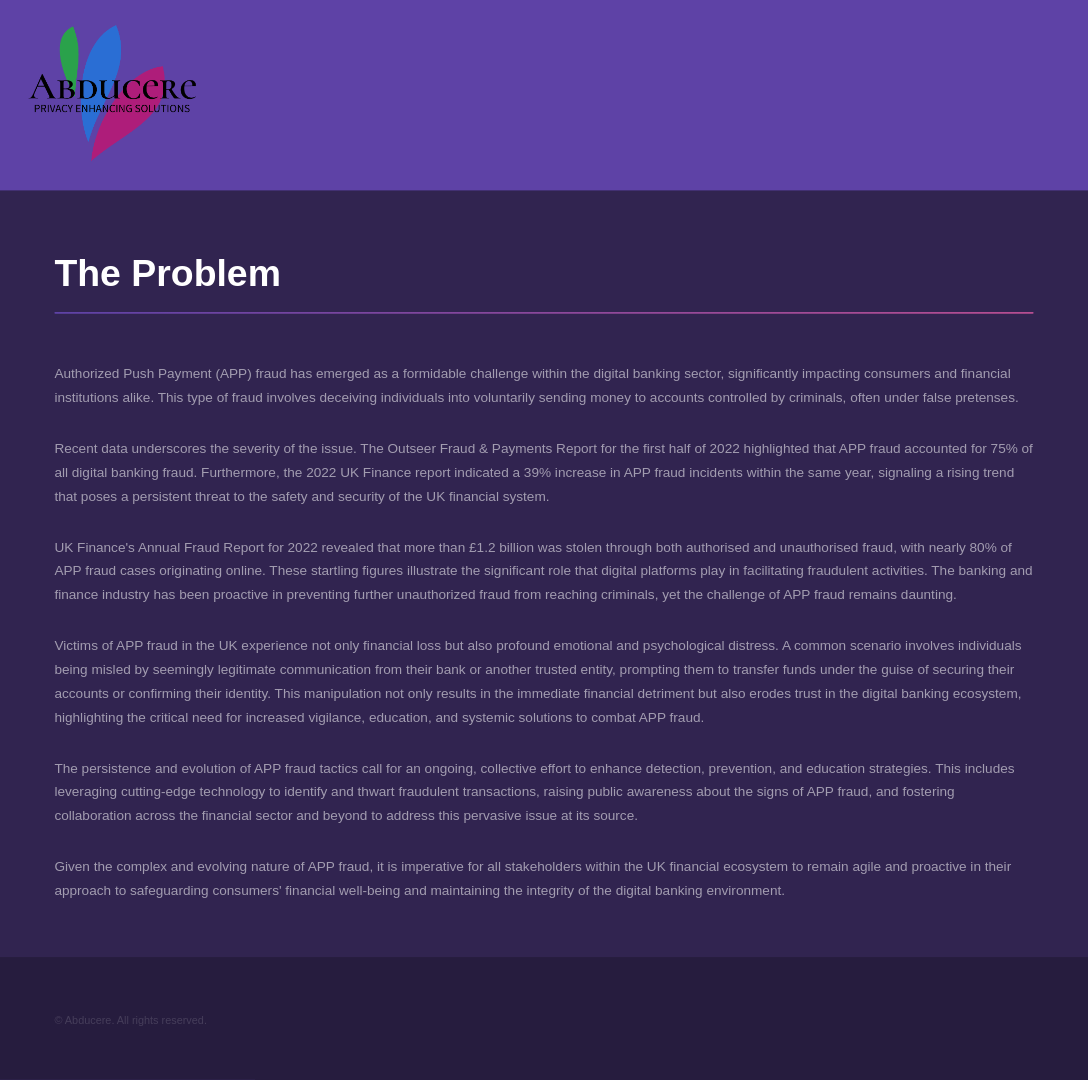
Repository: nocnoc94/nocnoc94.github.io
Page: the-problem.html
These files come from the project's save history. The page is drawn as it stood at one moment and after the next save; the edit follows.
The browser window is 1280 px wide. The pictures show the whole page, at 85% of full size.

Above is the page before, as saved 2024-03-18 17:16:16.

### the-problem.html
<!DOCTYPE HTML>
<html>

<head>
	<title>Abducere - The Problem</title>
	<meta charset="utf-8" />
	<meta name="viewport" content="width=device-width, initial-scale=1, user-scalable=no" />
	<link rel="icon" href="/static/images/favicon.ico" type="image/x-icon">
	<link rel="stylesheet" href="/static/css/main.css" />
	<noscript>
		<link rel="stylesheet" href="/static/css/noscript.css" />
	</noscript>
</head>

<body class="is-preload">

	<!-- Header -->
	<header id="header">
		<!-- <a href="index.html" class="title">Abducere</a> -->
		<a id="headerLogo" class="image" href="index.html"><img src="/static/images/abducere-logo-1.png" alt=""
				data-position="left left" /></a>
		<nav>
			<ul>
			</ul>
		</nav>
	</header>

	<!-- Wrapper -->
	<div id="wrapper">

		<!-- Main -->
		<section id="main" class="wrapper">
			<div class="inner">
				<h1 class="major">The Problem</h1>
				<!-- <span class="image fit"><img src="/static/images/pic04.jpg" alt="" /></span> -->
				<p>Authorized Push Payment (APP) fraud has emerged as a formidable challenge within the
					digital banking sector, significantly impacting consumers and financial institutions alike. This
					type of fraud involves deceiving individuals into voluntarily sending money to accounts controlled
					by criminals, often under false pretenses.
				</p>
				<p>Recent data underscores the severity of the issue. The Outseer Fraud & Payments Report for the first
					half of 2022 highlighted that APP fraud accounted for 75% of all digital banking fraud. Furthermore,
					the 2022 UK Finance report indicated a 39% increase in APP fraud incidents within the same year,
					signaling a rising trend that poses a persistent threat to the safety and security of the UK
					financial system.
				</p>
				<p>UK Finance's Annual Fraud Report for 2022 revealed that more than £1.2 billion was stolen through
					both authorised and unauthorised fraud, with nearly 80% of APP fraud cases originating online. These
					startling figures illustrate the significant role that digital platforms play in facilitating
					fraudulent activities. The banking and finance industry has been proactive in preventing further
					unauthorized fraud from reaching criminals, yet the challenge of APP fraud remains
					daunting.
				</p>
				<p>Victims of APP fraud in the UK experience not only financial loss but also profound emotional and
					psychological distress. A common scenario involves individuals being misled by seemingly legitimate
					communication from their bank or another trusted entity, prompting them to transfer funds under the
					guise of securing their accounts or confirming their identity. This manipulation not only results in
					the immediate financial detriment but also erodes trust in the digital banking ecosystem,
					highlighting the critical need for increased vigilance, education, and systemic solutions to combat
					APP fraud.
				</p>
				<p>The persistence and evolution of APP fraud tactics call for an ongoing, collective effort to enhance
					detection, prevention, and education strategies. This includes leveraging cutting-edge technology to
					identify and thwart fraudulent transactions, raising public awareness about the signs of APP fraud,
					and fostering collaboration across the financial sector and beyond to address this pervasive issue
					at its source.
				</p>
				<p>Given the complex and evolving nature of APP fraud, it is imperative for all stakeholders within the
					UK financial ecosystem to remain agile and proactive in their approach to safeguarding consumers'
					financial well-being and maintaining the integrity of the digital banking environment.
				</p>
			</div>
		</section>

	</div>

	<!-- Footer -->
	<footer id="footer" class="wrapper alt">
		<div class="inner">
			<ul class="menu">
				<li>&copy; Abducere. All rights reserved.</li>
			</ul>
		</div>
	</footer>

	<!-- Scripts -->
	<script src="/static/js/jquery.min.js"></script>
	<script src="/static/js/jquery.scrollex.min.js"></script>
	<script src="/static/js/jquery.scrolly.min.js"></script>
	<script src="/static/js/browser.min.js"></script>
	<script src="/static/js/breakpoints.min.js"></script>
	<script src="/static/js/util.js"></script>
	<script src="/static/js/main.js"></script>

</body>

</html>

Loaded but not shown: static/js/jquery.min.js (library); static/js/jquery.scrollex.min.js (common file); static/css/fontawesome-all.min.css (library); static/js/jquery.scrolly.min.js (common file); static/js/browser.min.js (common file); static/js/breakpoints.min.js (common file); static/js/util.js (587 lines, source omitted); static/js/main.js (190 lines, source omitted); static/css/main.css (4012 lines, source omitted)

After the next save:
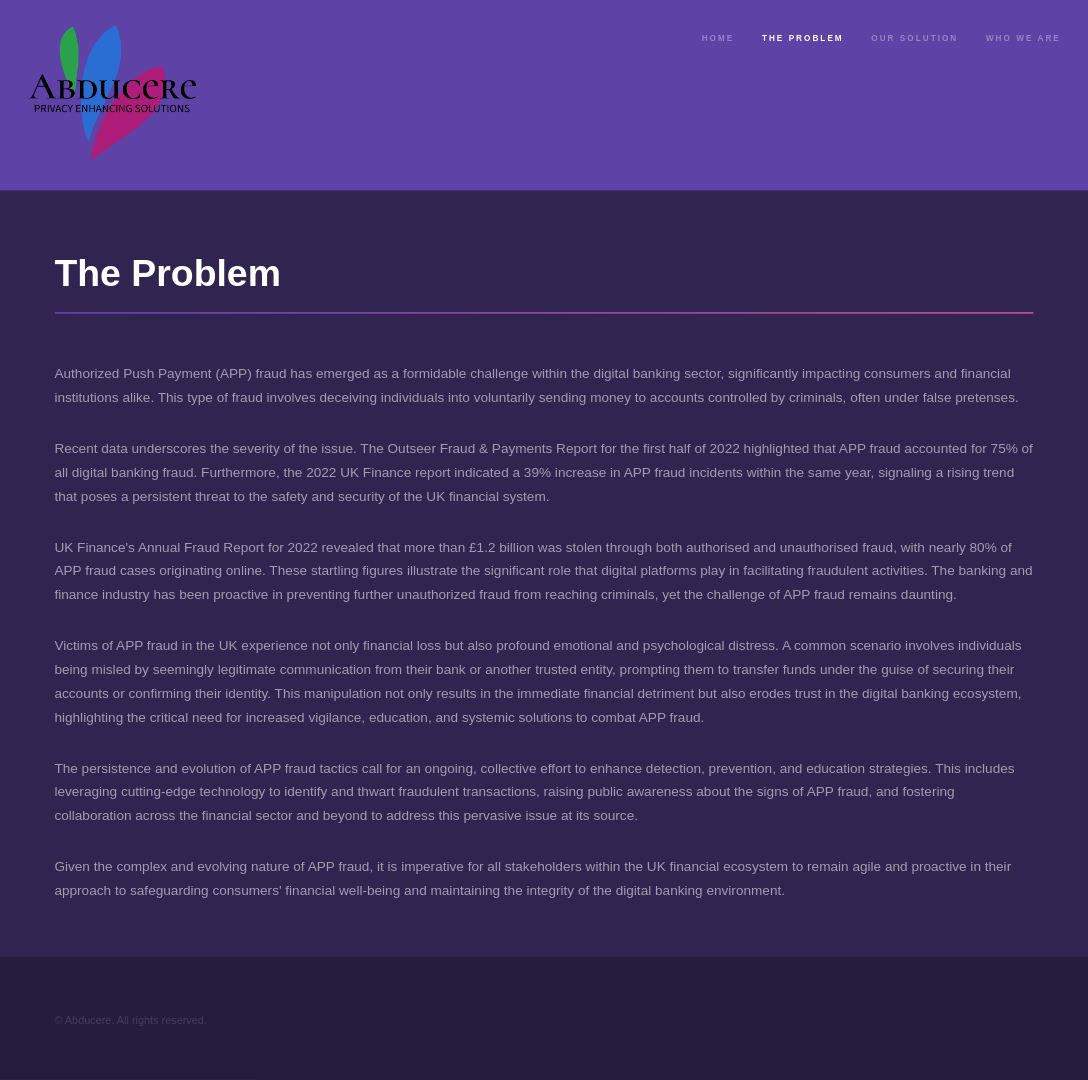
Saved 21 s later.
--- a/the-problem.html
+++ b/the-problem.html
@@ -21,6 +21,10 @@
 				data-position="left left" /></a>
 		<nav>
 			<ul>
+				<li><a href="index.html">Home</a></li>
+				<li><a href="the-problem.html" class="active">The Problem</a></li>
+				<li><a href="our-solution.html">Our Solution</a></li>
+				<li><a href="who-we-are.html">Who We Are</a></li>
 			</ul>
 		</nav>
 	</header>
